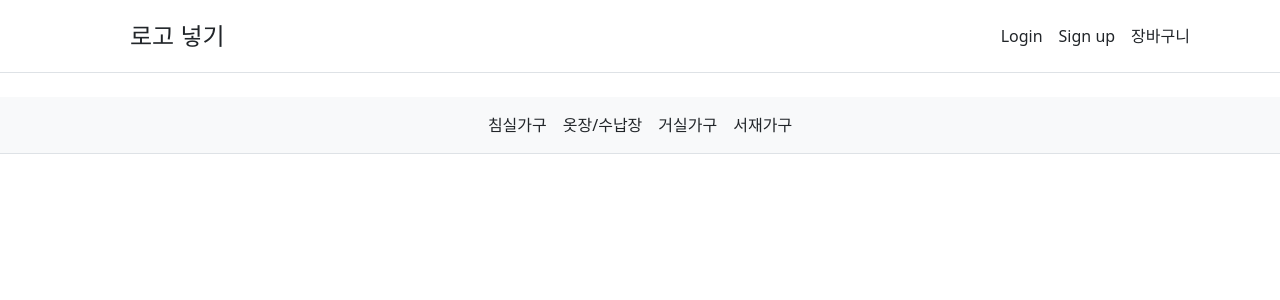
Repository: raoniee/Elice-House-Project
Page: FE/src/components/header/header.html
These files come from the project's save history. The page is drawn as it stood at one moment and after a run of saves; the edit follows.
The browser window is 1280 px wide. The pictures show the whole page.

Above is the page before, as saved 2023-07-04 16:17:07.

### FE/src/components/header/header.html
<!DOCTYPE html>
<html lang="ko">
  <head>
    <meta charset="UTF-8" />
    <meta http-equiv="X-UA-Compatible" content="IE=edge" />
    <meta name="viewport" content="width=device-width, initial-scale=1.0" />
    <title>Elice-House</title>
    <link
      href="https://cdn.jsdelivr.net/npm/bootstrap@5.2.3/dist/css/bootstrap.min.css"
      rel="stylesheet"
      integrity="sha384-rbsA2VBKQhggwzxH7pPCaAqO46MgnOM80zW1RWuH61DGLwZJEdK2Kadq2F9CUG65"
      crossorigin="anonymous"
    />
  </head>

  <body>
    <header class="py-3 mb-4 border-bottom">
      <div class="container d-flex flex-wrap justify-content-center">
        <a
          href="/"
          class="d-flex align-items-center mb-3 mb-lg-0 me-lg-auto text-dark text-decoration-none"
        >
          <svg class="bi me-2" width="40" height="32">
            <use xlink:href="#bootstrap" />
          </svg>
          <span class="fs-4">로고 넣기</span>
        </a>
        <ul class="nav">
          <li class="nav-item">
            <a href="#" class="nav-link link-dark px-2">Login</a>
          </li>
          <li class="nav-item">
            <a href="#" class="nav-link link-dark px-2">Sign up</a>
          </li>
          <li class="nav-item">
            <a href="#" class="nav-link link-dark px-2">장바구니</a>
          </li>
        </ul>
      </div>
    </header>
    <nav class="py-2 bg-light border-bottom">
      <div class="container">
        <ul class="nav me-auto d-flex flex-wrap justify-content-center">
          <li class="nav-item">
            <a href="#" class="nav-link link-dark px-2">침실가구</a>
          </li>
          <li class="nav-item">
            <a href="#" class="nav-link link-dark px-2">옷장/수납장</a>
          </li>
          <li class="nav-item">
            <a href="#" class="nav-link link-dark px-2">거실가구</a>
          </li>
          <li class="nav-item">
            <a href="#" class="nav-link link-dark px-2">서재가구</a>
          </li>
        </ul>
      </div>
    </nav>
    <script
      src="https://cdn.jsdelivr.net/npm/bootstrap@5.2.3/dist/js/bootstrap.bundle.min.js"
      integrity="sha384-kenU1KFdBIe4zVF0s0G1M5b4hcpxyD9F7jL+jjXkk+Q2h455rYXK/7HAuoJl+0I4"
      crossorigin="anonymous"
    ></script>
  </body>
</html>

After the next 2 saves:
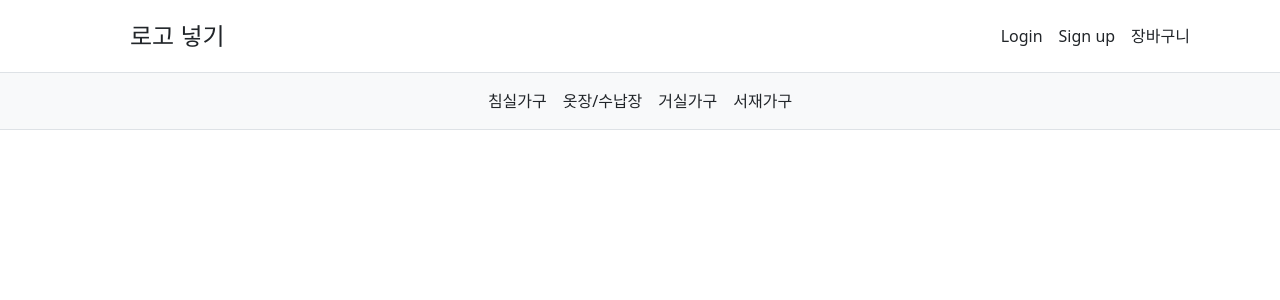
The 2 saves are shown as one change because they came seconds apart.
The last was saved 6 s later.
--- a/FE/src/components/header/header.html
+++ b/FE/src/components/header/header.html
@@ -14,7 +14,7 @@
   </head>
 
   <body>
-    <header class="py-3 mb-4 border-bottom">
+    <header class="py-3 border-bottom">
       <div class="container d-flex flex-wrap justify-content-center">
         <a
           href="/"
